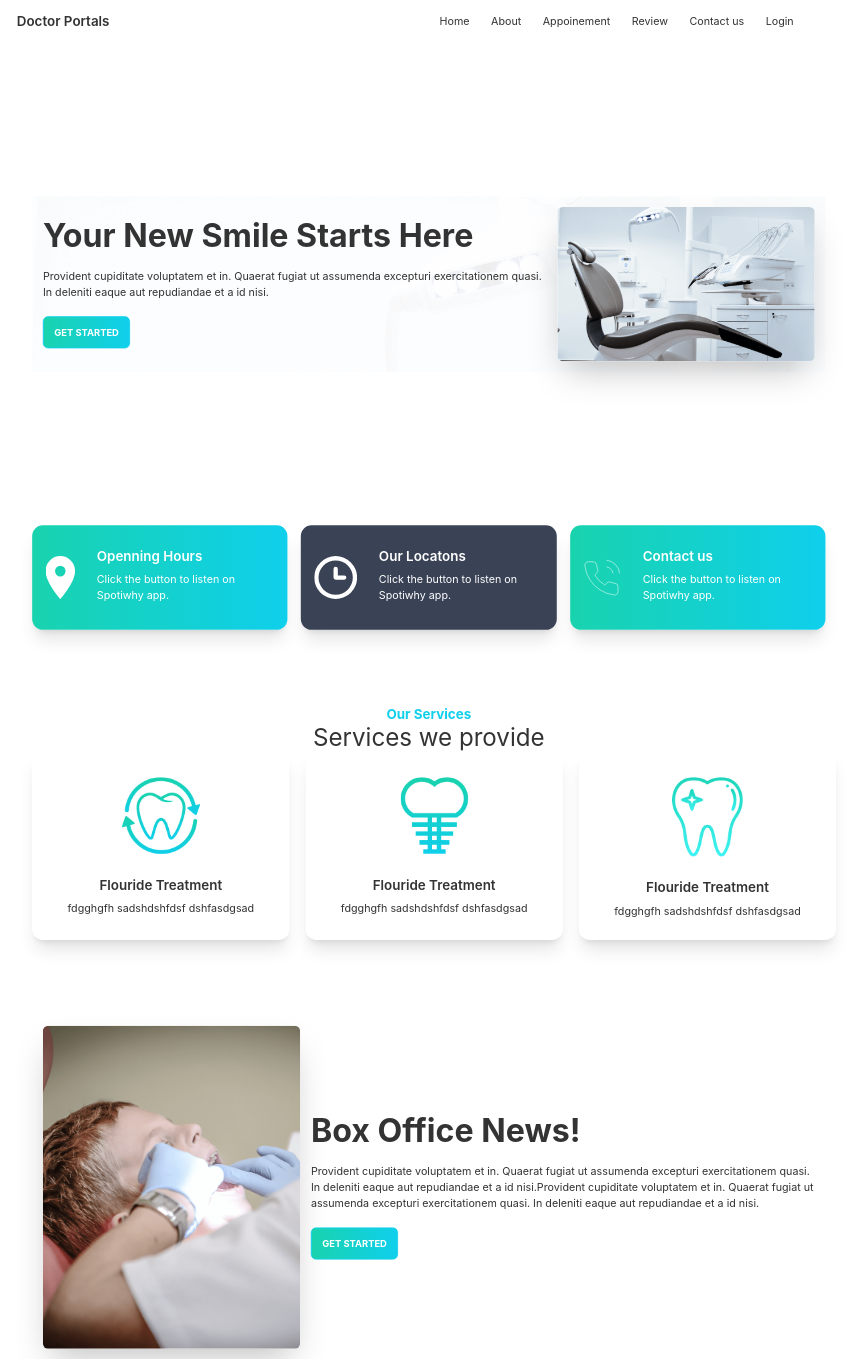
Repository: devsajid/doctors-portal-client
Page: /
These files come from the project's save history. The page is drawn as it stood at one moment and after a run of saves; the edit follows.
The browser window is 1280 px wide. The pictures show the whole page, at 67% of full size.
Backgrounds fixed to the window are drawn as part of the page. The project was rebuilt for these pictures with package versions that can differ from the ones it lists, and the page was loaded fresh each time. Also part of the build but not shown: src/App.css, src/Pages/About/About.js, src/Pages/Appoinment/Appoinment.js, src/Pages/Contact/Contact.js, src/Pages/Login/Login.js, src/Pages/Review/Review.js.

Above is the page before, as saved 2022-08-05 22:47:31.

### src/index.js
import React from "react";
import ReactDOM from "react-dom/client";
import "./index.css";
import App from "./App";
import reportWebVitals from "./reportWebVitals";
import { BrowserRouter } from "react-router-dom";
const root = ReactDOM.createRoot(document.getElementById("root"));
root.render(
  <React.StrictMode>
    <BrowserRouter>
      <App />
    </BrowserRouter>
  </React.StrictMode>
);

reportWebVitals();

### src/App.js
import "./App.css";
import Navbar from "./Pages/Home/Share/Navbar/Navbar";
import { Routes, Route } from "react-router-dom";
import Home from "./Pages/Home/Home";
import About from "./Pages/About/About";
import Appoinement from "./Pages/Appoinment/Appoinment";
import Contact from "./Pages/Contact/Contact";
import Login from "./Pages/Login/Login";
import Review from "./Pages/Review/Review";
function App() {
  return (
    <div>
      <Navbar></Navbar>
      <Routes>
        <Route path="/" element={<Home />} />
        <Route path="about" element={<About />} />
        <Route path="appoinement" element={<Appoinement />} />
        <Route path="contact" element={<Contact />} />
        <Route path="login" element={<Login />} />
        <Route path="review" element={<Review />} />
      </Routes>
    </div>
  );
}

export default App;

### src/Pages/Home/Share/Navbar/Navbar.js
import React from "react";
import { Link } from "react-router-dom";

const Navbar = () => {
  const menuItem = (
    <>
      {" "}
      <li>
        <Link to="/">Home</Link>
      </li>
      <li>
        <Link to="about">About</Link>
      </li>
      <li>
        <Link to="appoinement">Appoinement</Link>
      </li>
      <li>
        <Link to="review">Review</Link>
      </li>
      <li>
        <Link to="contact">Contact us</Link>
      </li>
      <li>
        <Link to="login">Login</Link>
      </li>
    </>
  );
  return (
    <div>
      <div class="navbar   bg-base-100">
        <div class="navbar-start">
          <div class="dropdown">
            <label tabindex="0" class="btn btn-ghost lg:hidden">
              <svg
                xmlns="http://www.w3.org/2000/svg"
                class="h-5 w-5"
                fill="none"
                viewBox="0 0 24 24"
                stroke="currentColor"
              >
                <path
                  stroke-linecap="round"
                  stroke-linejoin="round"
                  stroke-width="2"
                  d="M4 6h16M4 12h8m-8 6h16"
                />
              </svg>
            </label>
            <ul
              tabindex="0"
              class="menu menu-compact dropdown-content mt-3 p-2 shadow bg-base-100 rounded-box w-52"
            >
              {menuItem}
            </ul>
          </div>
          <a class="btn btn-ghost normal-case text-xl">Doctor Portals</a>
        </div>
        <div class="navbar-center hidden lg:flex">
          <ul class="menu menu-horizontal p-0">{menuItem}</ul>
        </div>
      </div>
    </div>
  );
};

export default Navbar;

### src/Pages/Home/Home.js
import React from "react";
import Services from "../Services/Services";
import Terms from "../Terms/Terms";
import Banner from "./Banner/Banner";
import Info from "./Info/Info";

const Home = () => {
  return (
    <div className="px-12">
      <Banner></Banner>
      <Info></Info>
      <Services></Services>
      <Terms></Terms>
    </div>
  );
};

export default Home;

### src/Pages/Services/Services.js
import React from "react";
import fluoride from "../../assets/images/fluoride.png";
import cavity from "../../assets/images/cavity.png";
import whitening from "../../assets/images/whitening.png";
import Service from "./Service";
const Services = () => {
  const services = [
    {
      _id: 1,
      name: "Flouride Treatment",
      description: "fdgghgfh sadshdshfdsf dshfasdgsad",
      img: fluoride,
    },
    {
      _id: 2,
      name: "Flouride Treatment",
      description: "fdgghgfh sadshdshfdsf dshfasdgsad",
      img: cavity,
    },
    {
      _id: 3,
      name: "Flouride Treatment",
      description: "fdgghgfh sadshdshfdsf dshfasdgsad",
      img: whitening,
    },
  ];
  return (
    <div className="my-28">
      <div className="text-center">
        <h3 className="text-primary text-xl font-bold upparecase">
          Our Services
        </h3>
        <h1 className="text-4xl">Services we provide</h1>
      </div>
      <div className="grid sm:grid-cols-1 md:grid-cols-2 lg:grid-cols-3 gap-10">
        {" "}
        {services.map((service) => (
          <Service key={service._id} service={service}></Service>
        ))}
      </div>
    </div>
  );
};

export default Services;

### src/Pages/Terms/Terms.js
import React from "react";
import treatment from "../../assets/images/treatment.png";
import PrimaryButton from "../Home/Share/Navbar/PrimaryButton/PrimaryButton";
const Terms = () => {
  return (
    <div class="hero">
      <div class="hero-content pl-30 flex-col lg:flex-row ml">
        <img
          src={treatment}
          class="max-w-sm rounded-lg shadow-2xl"
          alt="treatmaent"
        />
        <div>
          <h1 class="text-5xl font-bold">Box Office News!</h1>
          <p class="py-6">
            Provident cupiditate voluptatem et in. Quaerat fugiat ut assumenda
            excepturi exercitationem quasi. In deleniti eaque aut repudiandae et
            a id nisi.Provident cupiditate voluptatem et in. Quaerat fugiat ut
            assumenda excepturi exercitationem quasi. In deleniti eaque aut
            repudiandae et a id nisi.
          </p>
          <PrimaryButton></PrimaryButton>
        </div>
      </div>
    </div>
  );
};

export default Terms;

### src/Pages/Home/Banner/Banner.js
import React from "react";
import chair from "../../../assets/images/chair.png";
import bg from "../../../assets/images/bg.png";
import PrimaryButton from "../Share/Navbar/PrimaryButton/PrimaryButton";
const Banner = () => {
  return (
    <div>
      <div class="hero min-h-screen ">
        <div
          class="hero-content bg-fixed flex-col lg:flex-row-reverse"
          style={{ backgroundImage: `url(${bg})` }}
        >
          <img src={chair} class="max-w-sm rounded-lg shadow-2xl" />
          <div>
            <h1 class="text-5xl font-bold">Your New Smile Starts Here</h1>
            <p class="py-6">
              Provident cupiditate voluptatem et in. Quaerat fugiat ut assumenda
              excepturi exercitationem quasi. In deleniti eaque aut repudiandae
              et a id nisi.
            </p>
            <PrimaryButton></PrimaryButton>
          </div>
        </div>
      </div>
    </div>
  );
};

export default Banner;

### src/Pages/Home/Info/Info.js
import React from "react";
import InfoCard from "../Info/InfoCard";
import clock from "../../../assets/icons/clock.svg";
import marker from "../../../assets/icons/marker.svg";
import phone from "../../../assets/icons/phone.svg";
const Info = () => {
  return (
    <div className="grid grid-cols-1 lg:grid-cols-3 gap-5 ">
      <InfoCard
        cardTitle="Openning Hours"
        bgClass="bg-gradient-to-r from-secondary to-primary"
        img={marker}
      ></InfoCard>
      <InfoCard
        cardTitle="Our Locatons"
        bgClass="bg-accent"
        img={clock}
      ></InfoCard>
      <InfoCard
        cardTitle="Contact us"
        bgClass="bg-gradient-to-r from-secondary to-primary"
        img={phone}
      ></InfoCard>
    </div>
  );
};

export default Info;

### src/Pages/Services/Service.js
import React from "react";

const Service = ({ service }) => {
  return (
    <div class="card lg:max-w-lg w-96 bg-base-100 shadow-xl">
      <figure class="px-10 pt-10">
        <img src={service.img} alt="Shoes" class="rounded-xl" />
      </figure>
      <div class="card-body items-center text-center">
        <h2 class="card-title">{service.name}</h2>
        <p>{service.description}</p>
      </div>
    </div>
  );
};

export default Service;

### src/Pages/Home/Share/Navbar/PrimaryButton/PrimaryButton.js
import React from "react";

const PrimaryButton = () => {
  return (
    <div>
      <button class="btn btn-primary uppercase text-white font-bold bg-gradient-to-r from-secondary to-primary">
        Get Started
      </button>{" "}
    </div>
  );
};

export default PrimaryButton;

### src/Pages/Home/Info/InfoCard.js
import React from "react";

const InfoCard = ({ img, cardTitle, bgClass }) => {
  return (
    <div class={`card lg:card-side shadow-xl ${bgClass}`}>
      <figure className="pl-5">
        <img src={img} alt="Album" />
      </figure>
      <div class="card-body text-white">
        <h2 class="card-title">{cardTitle}</h2>
        <p>Click the button to listen on Spotiwhy app.</p>
        <div class="card-actions justify-end"></div>
      </div>
    </div>
  );
};

export default InfoCard;

### tailwind.config.js
/** @type {import('tailwindcss').Config} */
module.exports = {
  content: ["./src/**/*.{html,js}"],
  theme: {
    extend: {},
  },
  daisyui: {
    themes: [
      {
        doctortheme: {
          primary: "#0fcfec",
          secondary: "#19D3AE",
          accent: "#3A4256",
          neutral: "#3d4451",
          "base-100": "#ffffff",
        },
      },
      "dark",
      "cupcake",
    ],
  },
  plugins: [require("daisyui")],
};

Loaded but not shown: public/index.html (common file); src/index.css (common file); src/reportWebVitals.js (common file)

After the next 3 saves:
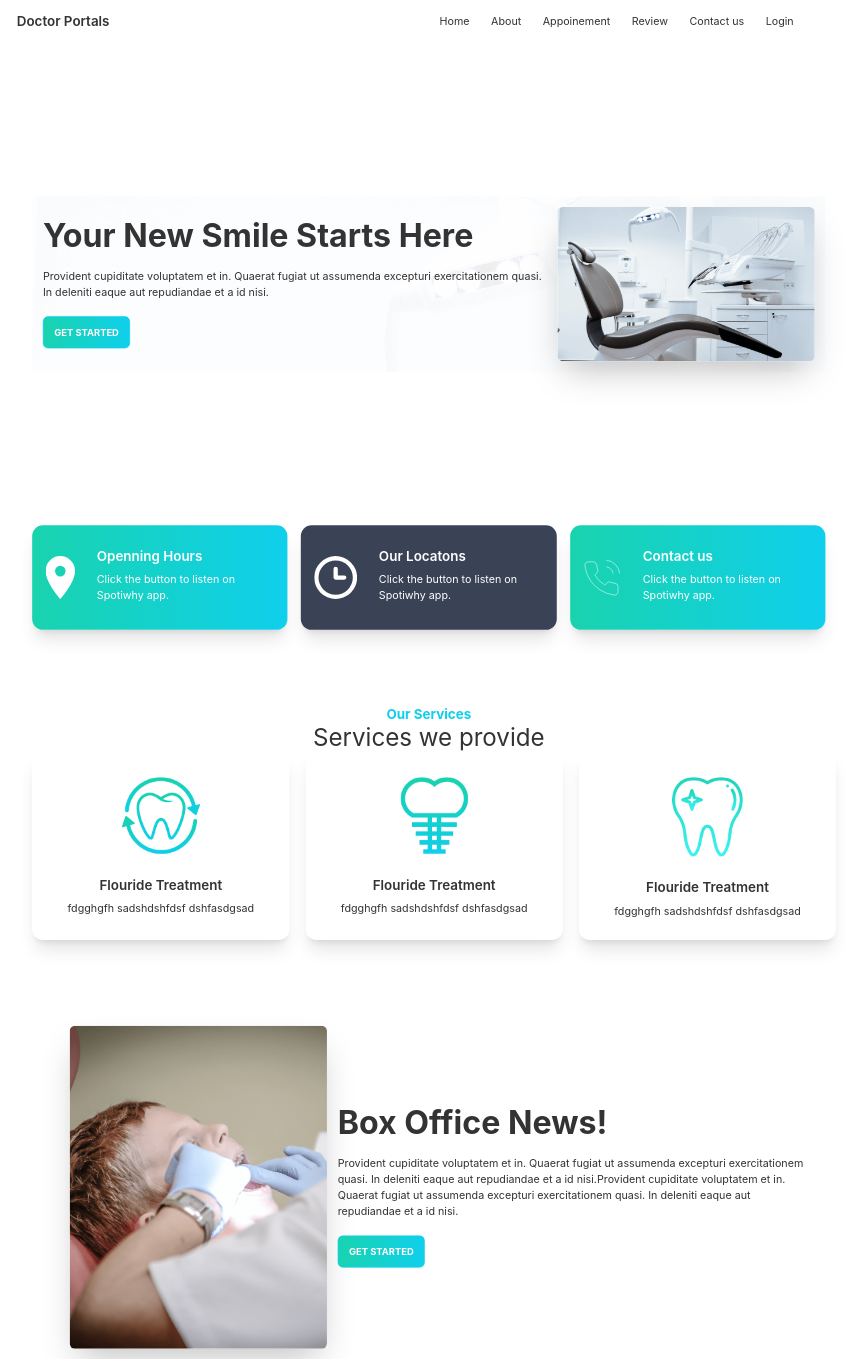
The 3 saves are shown as one change because they came seconds apart.
The last was saved 12 s later.
--- a/src/Pages/Terms/Terms.js
+++ b/src/Pages/Terms/Terms.js
@@ -4,7 +4,7 @@
 const Terms = () => {
   return (
     <div class="hero">
-      <div class="hero-content pl-30 flex-col lg:flex-row ml">
+      <div class="hero-content pl-30 flex-col lg:flex-row ml-10">
         <img
           src={treatment}
           class="max-w-sm rounded-lg shadow-2xl"
